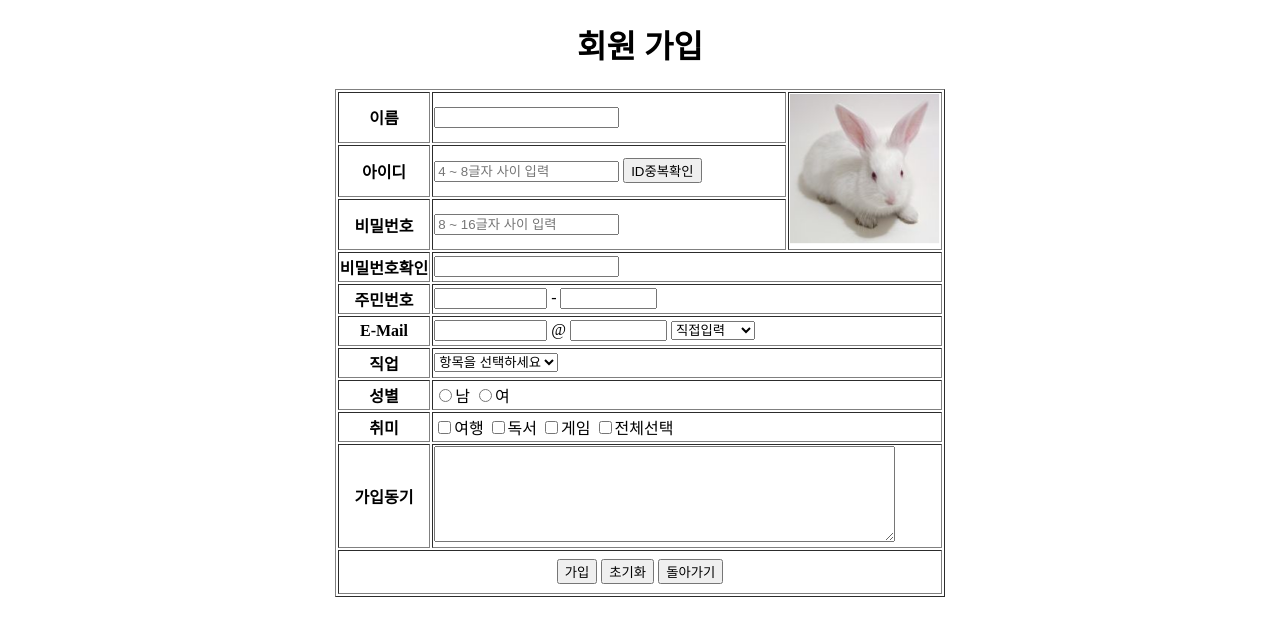
Repository: KimMinseooo/itwillStudy
Page: BACKEND/JSP/workspace_jsp/StudyHTML/src/main/webapp/1025/final_exam.html
These files come from the project's save history. The page is drawn as it stood at one moment and after the next save; the edit follows.
The browser window is 1280 px wide. The pictures show the whole page.

Above is the page before, as saved 2024-10-25 06:19:08.

### BACKEND/JSP/workspace_jsp/StudyHTML/src/main/webapp/1025/final_exam.html
<!DOCTYPE html>
<html>
<head>
<meta charset="UTF-8">
<title>Insert title here</title>
</head>
<body>
	<h1 align="center">회원 가입</h1>

		<table border="1" align="center">
			<form action="final_exam_result.html">

			<tr height="20">
				<td align="center" style="font-weight: bold;">이름</td>
				<td width="350">

				<input type="text">
				</td>
				<td rowspan="3" width="150" height="150">
				<img alt="" src="../rabbit.png" width="150" height="150">
				</td>
			</tr>
			<tr height="20">
			<td align="center" style="font-weight: bold;">아이디</td>
			<td>
				<input placeholder="4 ~ 8글자 사이 입력">
				<input type="button" value="ID중복확인">
			</td>
			</tr>
			<tr height="20">
			<td align="center" style="font-weight: bold;">비밀번호</td>
			<td>
				<input placeholder="8 ~ 16글자 사이 입력" type="password">
			</td>
			</tr>
			<tr height="30">
			<td align="center" style="font-weight: bold;">비밀번호확인</td>
			<td colspan="2">
				<input type="password">
			</td>
			</tr>
			<tr height="30">
			<td align="center" style="font-weight: bold;">주민번호</td>
			<td colspan="2">
				<input type="text" size="11"> - <input type="password" size="9">
			</td>
			</tr>
			<tr height="30">
			<td align="center" style="font-weight: bold;">E-Mail</td>
			<td colspan="2">
				<input type="text" size="11"> @ <input type="text" size="9">
				<select>
					<option >직접입력</option>
					<option>naver.com</option>
					<option>gmail.com</option>
					<option>nate.com</option>
				</select>
			</td>
			</tr>

			<tr height="30">
			<td align="center" style="font-weight: bold;">직업</td>
			<td colspan="2">
				<select>
					<option>항목을 선택하세요</option>
					<option>개발자</option>
					<option>DB엔지니어</option>
				</select>
			</td>
			</tr>
			<tr height="30">
			<td align="center" style="font-weight: bold;">성별</td>
			<td colspan="2">
				<input type="radio" name="gender" id= "male"><label for="male">남</label>
				<input type="radio" name="gender" id= "female"><label for="female">여</label>
			</td>
			</tr>

			<tr height="30">
			<td align="center" style="font-weight: bold;">취미</td>
			<td colspan="2">
				<input type="checkbox" name="hobby" id="hobby1"><label for="hobby1">여행</label>
				<input type="checkbox" name="hobby" id="hobby2"><label for="hobby2">독서</label>
				<input type="checkbox" name="hobby" id="hobby3"><label for="hobby3">게임</label>
				<input type="checkbox" name="hobby" id="hobby4"><label for="hobby4">전체선택</label>

			</td>
			</tr>
			<tr height="30">
			<td align="center" style="font-weight: bold;">가입동기</td>
			<td colspan="2">
				<textarea rows="6" cols="55" ></textarea>
			</td>
			</tr>
			<tr height="30">
			<td colspan="3" width="200" height="40" align="center">
				<input type="submit" value="가입" >
				<input type="reset" value="초기화">
				<input type="button" value="돌아가기">
			</td>
			</tr>
			</form>
		</table>

</body>
</html>

After the next save:
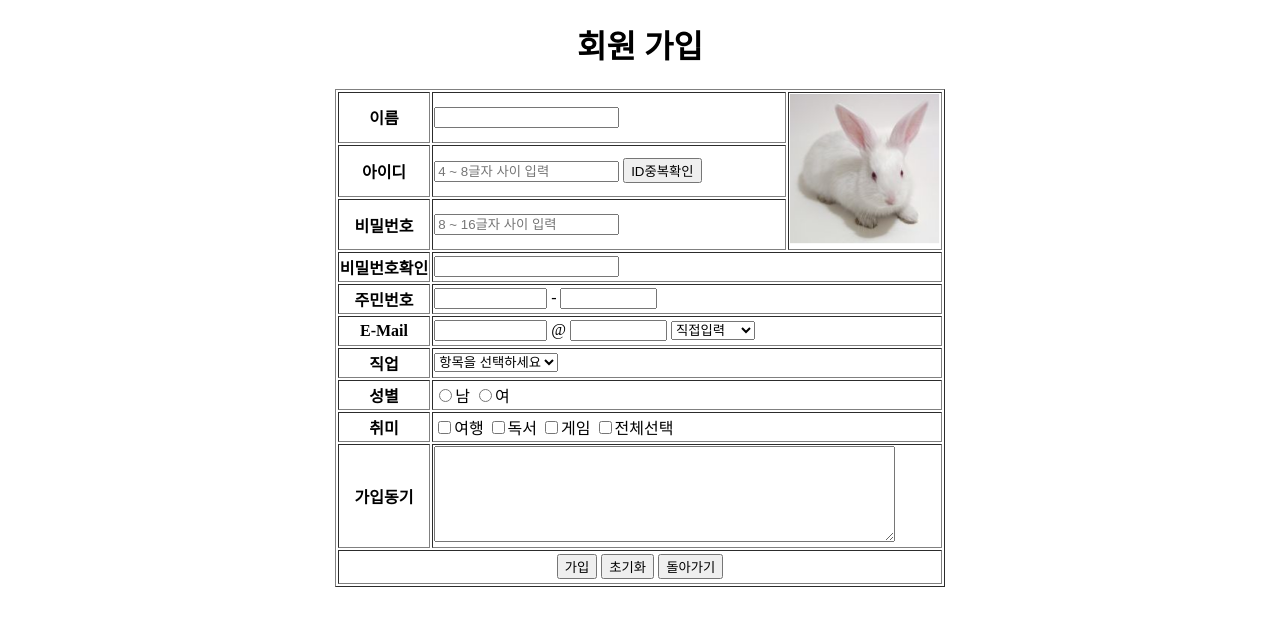
Saved 44 s later.
--- a/BACKEND/JSP/workspace_jsp/StudyHTML/src/main/webapp/1025/final_exam.html
+++ b/BACKEND/JSP/workspace_jsp/StudyHTML/src/main/webapp/1025/final_exam.html
@@ -93,7 +93,7 @@
 			</td>
 			</tr>
 			<tr height="30">
-			<td colspan="3" width="200" height="40" align="center">
+			<td colspan="3" width="200" height="30" align="center">
 				<input type="submit" value="가입" >
 				<input type="reset" value="초기화">
 				<input type="button" value="돌아가기">
